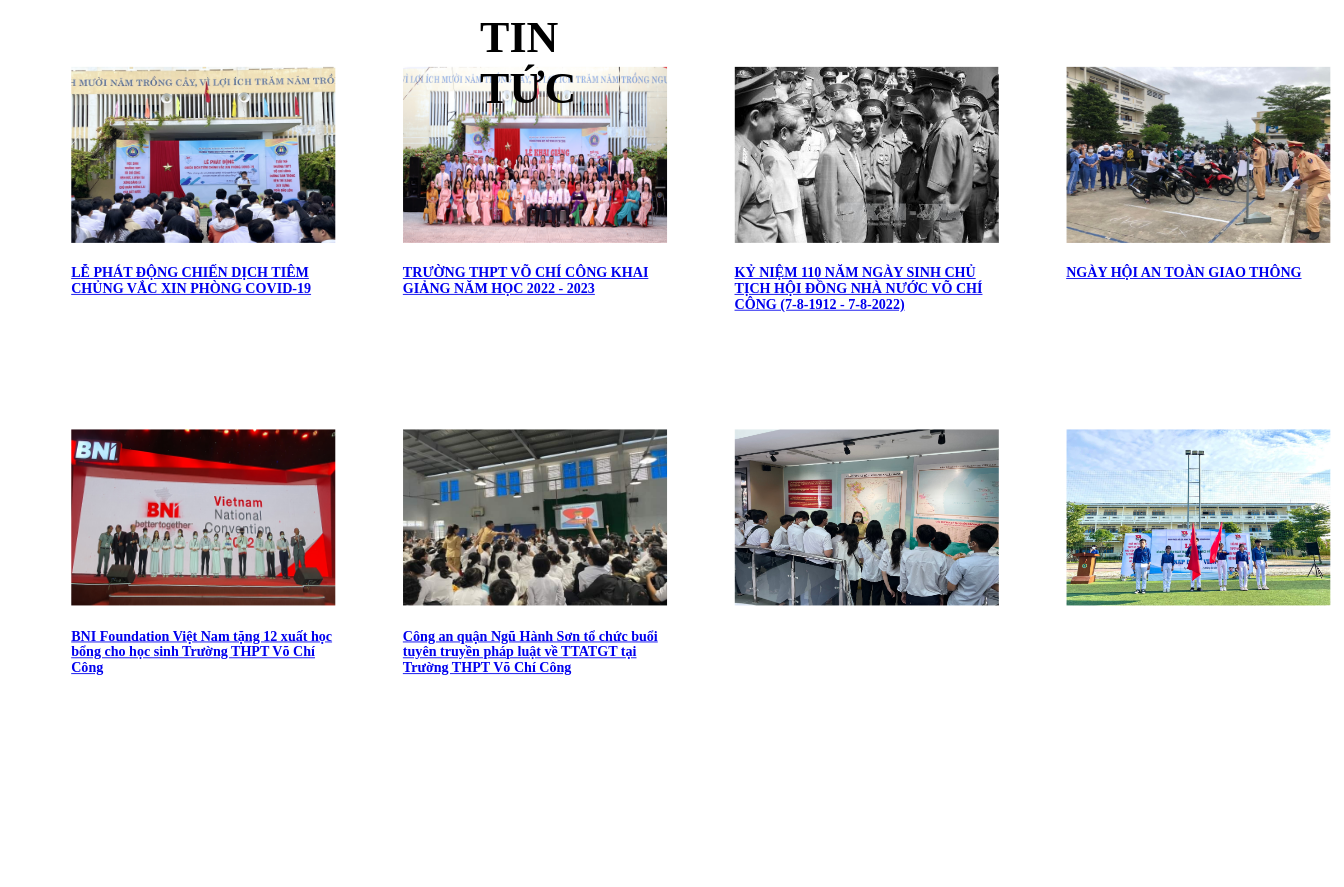
Repository: dphasst17/THPTVCC
Page: new/new_content/new_content_home.html
The author's editor kept a copy of each file at every save. The page is drawn from the files as they stood at one save, then again after the next save.
The browser window is 1280 px wide. The page is 1527 px wide, so the pictures cover 1527 px, including what lies to the right of the window. The pictures show the whole page, at 88% of full size.

Above is the page before, as saved 2022-10-13 09:57:35.

### new/new_content/new_content_home.html
<!DOCTYPE html>
<html lang="en">
<head>
    <meta charset="UTF-8">
    <meta http-equiv="X-UA-Compatible" content="IE=edge">
    <meta name="viewport" content="width=device-width, initial-scale=1.0">
    <title>Document</title>
    <style>
        body{
            width:1519px;
            height:500px;
            overflow-x:hidden;
            overflow-y:hidden;
        }
        .new_body{
            width:99%;
            height:1000px;
            background-color:#fff;
            overflow: hidden;
            border-radius:10px;
        }
        h1{
            position:absolute;
            color:black;
            margin:5px 42%;
            font-size:50px;
        }
        .content{
            width:300px;
            height:350px;
            display:inline-flex;
            margin-top:25px;
            margin-left:72.9px;
            flex-wrap: wrap;
            align-content: center;
        }
        img{
            width:300px;
            height:200px;
        }
    </style>
</head>
<body>
    <div class="new_body">
        <h1>TIN TỨC</h1>
        <div class="content">
            <a href="../new_content/new_conten1.html">
                <img src="../new_img/1.jpg" alt="">
                <h4>LỄ PHÁT ĐỘNG CHIẾN DỊCH TIÊM CHỦNG VẮC XIN PHÒNG COVID-19</h4>
            </a>
        </div>
        <div class="content">
            <a href="../new_content/new_content2.html">
                <img src="../new_img/2.jpg" alt="">
                <h4>TRƯỜNG THPT VÕ CHÍ CÔNG KHAI GIẢNG NĂM HỌC 2022 - 2023</h4>
            </a>
        </div>
        <div class="content">
            <a href="../new_content/new_content3.html">
                <img src="../new_img/3.jpg" alt="">
                <h4>KỶ NIỆM 110 NĂM NGÀY SINH CHỦ TỊCH HỘI ĐỒNG NHÀ NƯỚC VÕ CHÍ CÔNG (7-8-1912 - 7-8-2022)</h4>
            </a>
        </div>
        <div class="content">
            <a href="../new_content/new_content4.html">
                <img src="../new_img/4.jpg" alt="">
                <h4>NGÀY HỘI AN TOÀN GIAO THÔNG</h4>
            </a>
        </div>
        <div class="content">
            <a href="../new_content/new_content5.html">
                <img src="../new_img/5.jpg" alt="">
                <h4>BNI Foundation Việt Nam tặng 12 xuất học bổng cho học sinh Trường THPT Võ Chí Công</h4>
            </a>
        </div>
        <div class="content">
            <a href="../new_content/new_content6.html">
                <img src="../new_img/6.jpg" alt="">
                <h4>Công an quận Ngũ Hành Sơn tổ chức buổi tuyên truyền pháp luật về TTATGT tại Trường THPT Võ Chí Công</h4>
            </a>
        </div>
        <div class="content">
            <a href="../new_content/new_content7.html">
                <img src="../new_img/7.jpg" alt="">
                <h4></h4>
            </a>
        </div>
        <div class="content">
            <a href="../new_content/new_content8.html">
                <img src="../new_img/8.jpg" alt="">
                <h4></h4>
            </a>
        </div>
    </div>
</body>
</html>

After the next save:
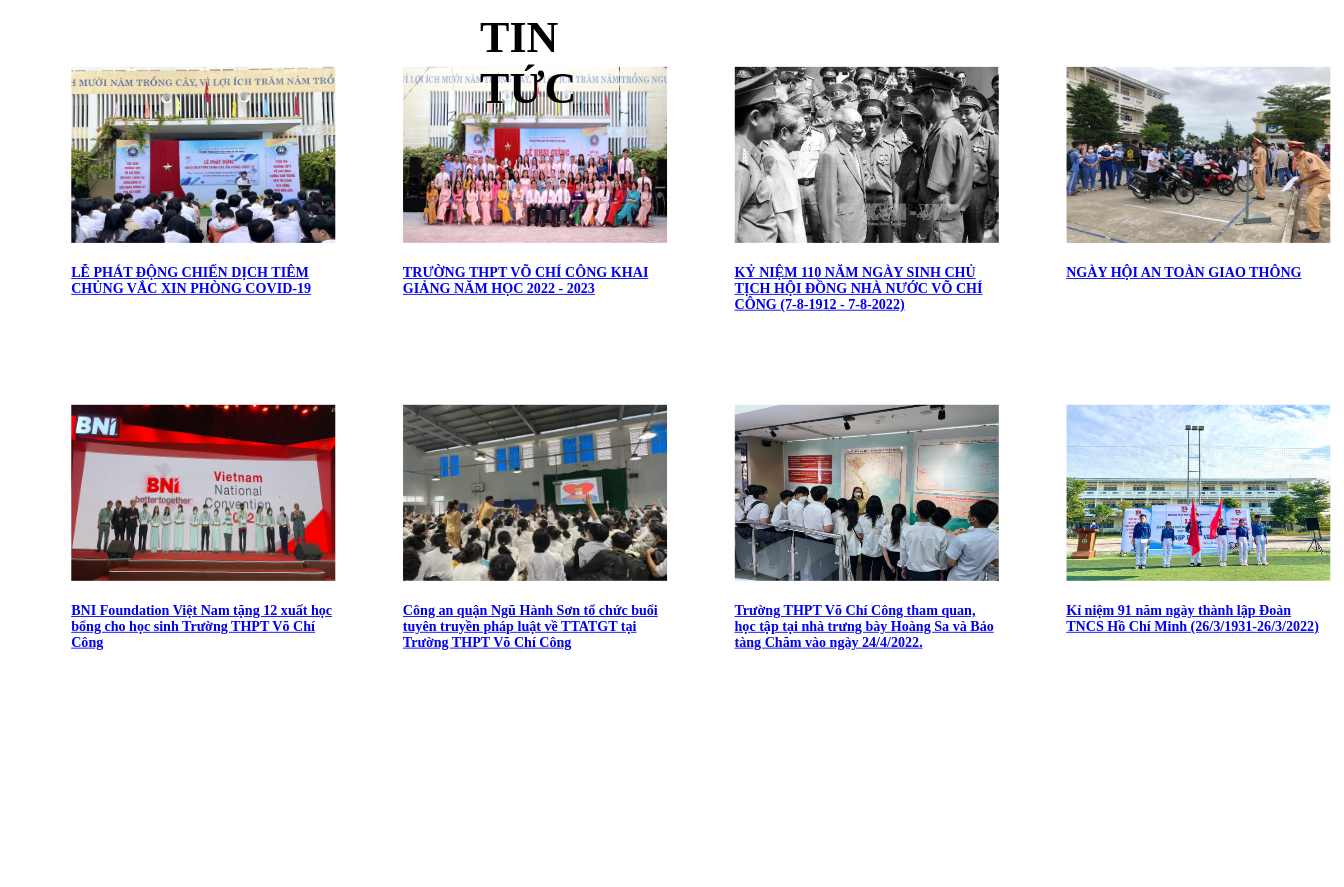
Saved 32 s later.
--- a/new/new_content/new_content_home.html
+++ b/new/new_content/new_content_home.html
@@ -82,13 +82,13 @@
         <div class="content">
             <a href="../new_content/new_content7.html">
                 <img src="../new_img/7.jpg" alt="">
-                <h4></h4>
+                <h4>Trường THPT Võ Chí Công tham quan, học tập tại nhà trưng bày Hoàng Sa và Bảo tàng Chăm vào ngày 24/4/2022.</h4>
             </a>
         </div>
         <div class="content">
             <a href="../new_content/new_content8.html">
                 <img src="../new_img/8.jpg" alt="">
-                <h4></h4>
+                <h4>Kỉ niệm 91 năm ngày thành lập Đoàn TNCS Hồ Chí Minh (26/3/1931-26/3/2022)</h4>
             </a>
         </div>
     </div>
